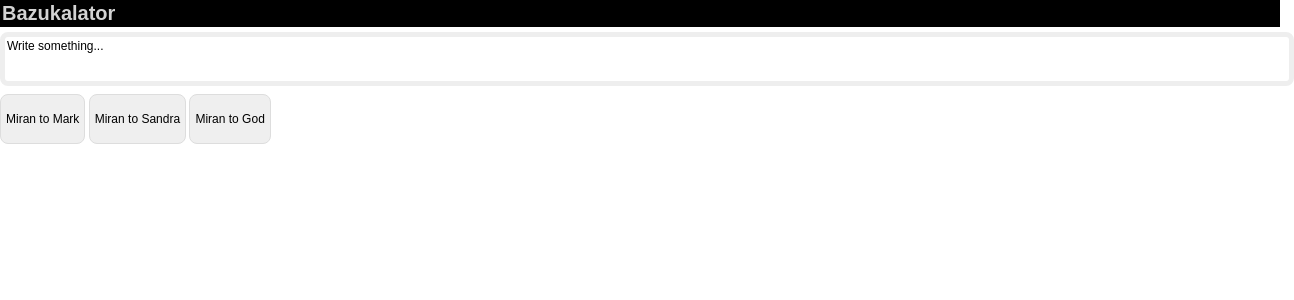
Repository: mbadzak/bazukalator
Page: Bazukalator/assets/www/index.html
An editor plug-in stored every save of this project. The page is shown before and after the next save, followed by the edit.
The browser window is 1280 px wide. The page is 1294 px wide, then 1286 px, then 1294 px, so the pictures cover 1294 px, including what lies to the right of the window. The pictures show the whole page.

Above is the page before, as saved 2012-10-14 06:02:47.

### Bazukalator/assets/www/index.html
<!DOCTYPE HTML>
<html>
<head>
<title>Hello World</title>
<script type="text/javascript" charset="utf-8" src="cordova-2.1.0.js"></script>
<script type="text/javascript" src="jquery.min.js"></script>
<script type="text/javascript" src="jquery.autosize-min.js"></script>
<script type="text/javascript" src="utl.js"></script>

<link type="text/css" href="style.css" rel="stylesheet">
<style>
.lang_button {
  height: 50px;
  padding: 5px;
}
.post_box {
  padding: 5px;
  position: relative;
  top: 1px;
}
body {
  background-image: none;
}
.this_page {
  text-align: left;
  background-size: 100%;
  background-attachment: fixed;
  background-repeat: repeat-x;
}
</style>

</head>
<body>


<script type="text/javascript">
    var orig_text = "";
</script>
<div class="this_page">
  <div class="generic_heading" style="color: lightgray; background: black; padding: 2px;">
    Bazukalator
  </div>
  <div style="margin-top: 5px; text-align: left;">
    <textarea name="msg"
              id="msg"
              onFocus="utl_clear_text_field(this, 'Write something...');"

              style="width: 100%; height: 40px; border: 5px solid #eeeeee; z-index: 1;"
              autocomplete="off">Write something...</textarea>
  </div>
  <div style="margin-top: 5px;">
    <input type="button"
           id="btn_submit1"
           class="lang_button"
           value="Miran to Mark">
    <input type="button"
           id="btn_submit2"
           class="lang_button"
           value="Miran to Sandra">
    <input type="button"
           id="btn_submit3"
           class="lang_button"
           value="Miran to God">
  </div>

  <div id="post" style="margin: 20px 0px 0px 5px; text-align: left; display: none; ">
    <div style="float: left; clear: both; width: 50%; font-size: 11px;">
      <input type="radio"
           id="post_facebook"
           class="post_box"
           checked="checked"
           value="Post to Facebook">
           <img class="button_img img_norad" src="img/fb-icon.png" width="15" height="15">
           Facebook
    </div>
    <div style="float: left; width: 50%; font-size: 11px;">
      <input type="radio"
           id="post_twitter"
           class="post_box"
           checked="checked"
           value="Post to Facebook">
           <img class="button_img img_norad" src="img/twitter-icon.png" width="15" height="15">
           Twitter
    </div>
  </div>
  <div id="post2" style="display: none; margin-top: 55px; margin-left: 0px;">
      <input type="button" value="Post" style="padding: 5px;">
  </div>
</div>
<script type="text/javascript">
    $("#btn_submit1").click(function() { submit(1); });
    $("#btn_submit2").click(function() { submit(2); });
    $("#btn_submit3").click(function() { submit(3); });

    function submit(lang) {
        if (orig_text == "")
            orig_text = $("#msg").val();

        var req = orig_text;
        if (req == "")
            return;

        $.post("http://localhost:8080/index.php/translator/svc",
              { req: req, lang: lang },
              function(data) {
             	$("#msg").val(data);
                $("#post").css("display", "block");
                $("#post2").css("display", "block");
              }
        );
    }

    function reset()
    {
    	$('#msg').val('');
        orig_text = "";
        $("#post").css("display", "none");
        $("#post2").css("display", "none");
    }

</script>

</body>
</html>

### Bazukalator/assets/www/jquery.autosize-min.js
// Autosize 1.7 - jQuery plugin for textareas
// (c) 2011 Jack Moore - jacklmoore.com
// license: www.opensource.org/licenses/mit-license.php
(function(a,b){var c="hidden",d='<textarea style="position:absolute; top:-9999px; left:-9999px; right:auto; bottom:auto; box-sizing:content-box; word-wrap:break-word; height:0 !important; min-height:0 !important; overflow:hidden">',e=["fontFamily","fontSize","fontWeight","fontStyle","letterSpacing","textTransform","wordSpacing"],f="oninput",g="onpropertychange",h=a(d)[0];h.setAttribute(f,"return"),a.isFunction(h[f])||g in h?a.fn.autosize=function(b){return this.each(function(){function p(){var a,b;m||(m=!0,j.value=h.value,j.style.overflowY=h.style.overflowY,j.style.width=i.css("width"),j.scrollTop=0,j.scrollTop=9e4,a=j.scrollTop,b=c,a>l?(a=l,b="scroll"):a<k&&(a=k),h.style.overflowY=b,h.style.height=h.style.minHeight=h.style.maxHeight=a+o+"px",setTimeout(function(){m=!1},1))}var h=this,i=a(h).css({overflow:c,overflowY:c,wordWrap:"break-word"}),j=a(d).addClass(b||"autosizejs")[0],k=i.height(),l=parseInt(i.css("maxHeight"),10),m,n=e.length,o=i.css("box-sizing")==="border-box"?i.outerHeight()-i.height():0;l=l&&l>0?l:9e4;while(n--)j.style[e[n]]=i.css(e[n]);a("body").append(j),g in h?f in h?h[f]=h.onkeyup=p:h[g]=p:h[f]=p,a(window).resize(p),i.bind("autosize",p),p()})}:a.fn.autosize=function(){return this}})(jQuery);

### Bazukalator/assets/www/utl.js
String.prototype.trim = function() {
    return this.replace(/^\s+|\s+$/g, "");
};
String.prototype.trim_newline = function() {
	return this.replace(/(\r\n|\n|\r)/gm,"");
};

/*
 * utl_clear_text_field
 * IN	field	field to clear
 */
function utl_clear_text_field(field, init_value) {
	if (field.value.toString() == init_value.toString())
		field.value = "";
	field.style.color = "#000000";
	field.style.background = "#FFFFFF";
}

function utl_clear_text_field_id(id, init_value)
{
	var field = document.getElementById(id);
	return utl_clear_text_field(field, init_value);
}

function utl_clear_password_field(disp_p, real_p) {
	var dp = document.getElementById(disp_p);
	var rp = document.getElementById(real_p);
	dp.style.display = "none";
	rp.style.display = "inline";

	rp.focus();
}

function utl_reset_password_field(disp_p, real_p) {
	var dp = document.getElementById(disp_p);
	var rp = document.getElementById(real_p);
	if (rp.value == "") {
		dp.style.display = "inline";
		rp.style.display = "none";
		dp.value = "Password";
	}
}

function utl_reset_text_field(field, value) {
	if (field.value == "") {
		field.value = value;
		field.style.color = "#999999";
	}
}

function utl_focus(id)
{
	var elem = document.getElementById(id);
	elem.focus();
}

function utl_is_int(a)
{
	return parseInt(a, 10) === a;
}
function utl_handle_enter(field, event)
{
	if (event.keyCode == 13) {
		$(field).closest('form').submit();
		return false;
	}
	return true;
}

/**
 * @deprecated use jquery plugin instead
 * @param field
 * @param event
 * @param max_per_line
 */
function utl_expand_texarea_as_you_go(field, event, max_per_line)
{
	var chars = field.value.length;
	var rows = chars / max_per_line;
	var newline_count;
	var total_size = 18;
	var modified = false;

	if (chars == 0) return;

	newline_count = (field.value.split('\n')).length - 1;

	if (utl_is_int(rows))
	{
		total_size += (rows * 12);
		modified = true;
	}

	if (newline_count > 0) {
		total_size += (newline_count * 16);
		modified = true;
	}

	if (modified)
		field.style.height = total_size + "px";
}

/*
 * utl_toggle_visibility
 * IN	field	field to clear
 */
function utl_toggle_visibility(field) {
	var fl = document.getElementById(field);
	fl.style.display = (fl.style.display == "block") ? "none" : "block";
}

/*
 * utl_toggle_visibility
 * IN	field	field to show
 */
function utl_show_field(field) {
	var fl = document.getElementById(field);
	if (fl == null)
		return;
	fl.style.display = "block";
}

function utl_hide_field(field) {
	var fl = document.getElementById(field);
	if (fl == null)
		return;
	fl.style.display = "none";
}

function utl_show_obj(obj)
{
	obj.style.display = "block";
}
function utl_hide_obj(obj)
{
	obj.style.display = "none";
}


function generate_uuid()
{
	/* credit: http://stackoverflow.com/questions/105034/how-to-create-a-guid-uuid-in-javascript */
	var uuid = 'xxxxxxxx-xxxx-4xxx-yxxx-xxxxxxxxxxxx'.replace(/[xy]/g, function(c) {
	    var r = Math.random()*16|0, v = c == 'x' ? r : (r&0x3|0x8);
	    return v.toString(16);
	});

	return uuid;
}

### Bazukalator/assets/www/style.css
* {
	font-family: Arial, Geneva, Helvetica, sans-serif;
	font-size: 12px;
	outline-width: 0px;
}
body {
 	margin: 0px;
 	text-align: center;
}
textarea {
	resize: none;
}
textarea, select,
input {
	border: 1px solid #DDD;
	-moz-border-radius: 8px;
  	-webkit-border-radius: 8px;
  	border-radius: 8px;
  	behavior: url(../../../pie/PIE.php);
}
select {
	border: 1px solid #DDD;
}

.browse_image_button,
.generic_button,
.generic_button_cancel,
.loginbutton {
	font-size: 12px;
	background-color: #22370B;
	color: #FFFFFF;
	text-decoration: none;
	padding: 4px 6px 4px 6px;
	border: 0px none;
	font-weight: bold;
	width: auto;
	overflow: visible;
	margin: 0px 0px 0px 0px;
	cursor: default;

	-moz-border-radius: 8px;
  	-webkit-border-radius: 8px;
  	border-radius: 8px;
  	behavior: url(../../../pie/PIE.php);

  	cursor: pointer;
}
.generic_button:hover {
	background-color: #6EA000;
}
.generic_button_cancel:hover {
	background-color: #ffffff;
}
<!--[if IE]>
<style>
.browse_image_button,
.generic_button,
.generic_button_cancel,
.loginbutton {
    width: 0px;
}
</style>
<![endif]-->

.loginbutton {
	width: 30px;
	padding: 0px;
}
.generic_button_cancel {
	color: #000000;
	background-color: #EFF5ED;
}
.browse_image_button {
	background-color: transparent;
	color: #000000;
	border: thin solid #20862F;
	height: 20px;
}

.generic_box,
.generic_box_blank,
.stallboxpost,
.stallboxpostreply,
.searchbox,
.loginbox,
.loginbox_selected {
	font-size: 12px;
	border: 1px solid #DDD;
	padding: 4px;
	margin: 0px;
	color: #999999;
}
.generic_box_blank {
	color: #000000;
}
.loginbox_selected {
	color: #000000;
}
.searchbox {
	border: 0px none;
	width: 135px;
}

.line {
	border-top-width: 1px;
	border-top-style: solid;
	border-top-color: #20862F;
}
.footer {
	clear: both;
	color: white;
	font-size: 12px;
}

.change_picture_link,
.more_teams_link,
.more_games_link,
.vertical_menu_link {
	text-decoration: none;
	border: 0px none;
	font-weight: bold;
	cursor: pointer;
}
.menu_link {
	cursor: pointer;
	padding: 10px;
	bottom: +10px;
	position: relative;
	font-weight: bold;
}
.more_games_link,
.more_teams_link {
	color: #1B7027;
}
.more_games_link {
	margin-bottom: 20px;
}
.vertical_menu_link {
	width: 150px;
	float: left;
}
.change_picture_link {
	font-size: 10px;
	width: 95px;
}
.field_name {
	font-size: 12px;
	color: #000000;
}
.home_sport_listing {
	font-size: 12px;
	color: #000000;
	font-weight: none;
}
.generic_heading,
.user_heading {
	font-size: 20px;
	font-weight: bold;
}

.generic_subheading,
.item_descriptor,
.team_subheading,
.user_subheading {
	font-size: 12px;
	font-weight: bold;
	color: #777777;
}
.user_subheading {
	font-size: 14px;
}
.menu_item_img {
	position:relative;
	bottom:-3px;
	left: -2px;

}
.menu_item {
	padding-left: 10px;
	padding-right: 10px;
	padding-top: 4px;
	padding-bottom: 4px;
	float: left;
	-moz-border-radius: 8px;
	-webkit-border-radius: 8px;
	border-radius: 8px;
	behavior: url(../../../pie/PIE.php);
}
.button_img {
	position:relative;
	bottom:-2px;
	left: -0px;
}
h3,
h1 {
	font-size: 18px;
	font-weight: bold;
}
h3 {
	color: #CCCCCC;
}
h2 {
	font-size: 12px;
}
.small_instructions {
	font-size: 10px;
	color: gray;
}

.team_standings_entry_small {
	font-size: 10px;
	color: #777777;
	font-weight: normal;
}
.stall {
	border-top-width: 0;
	/* border-right-width: thin; */
	border-top-style: solid;
	/* border-right-style: solid; */
	border-top-color: #CCCCCC;
	border-left-width: 0;
	border-left-style: solid;
	border-left-color: #CCCCCC;
}
.league_stats {
	border-top-width: 0px;
	/* border-right-width: thin; */
	border-top-style: solid;
	/* border-right-style: solid; */
	border-top-color: #CCCCCC;
	/* border-right-color: #CCCCCC; */
}
.team_standings_heading,
.team_standings_entry {
	font-size: 12px;
	text-align: center;
}
.team_standings_heading {
	font-weight: bold;
	float: left;
	width:40px;
	height:30px;
}

/*
 * Team and league display headings
 */
.team_upcoming_heading,
.team_results_heading {
	font-weight: bold;
	width: 420px;
	height: 20px;
	clear: both;
	margin-bottom: 5px;
	font-size: 14px;
	text-align: center;
}

.team_results_entry,
.team_upcoming_entry {
	font-size: 12px;
	width: 181px;
	float: left;
}

.team_upcoming_vs {
	font-weight: bold;
	font-size: 18px;
	width: 58px;
	float: left;
	position: relative;
	bottom: +5px;
}
.team_results_score {
	font-weight: bold;
	font-size: 18px;
	width: 25px;
	position: relative;
	bottom: +4px;
}

.team_standings_rank {
	font-weight: bold;
	font-size: 18px;
	clear: both;
	float: left;
	width: 30px;
	height: 30px;
	position: relative;
	bottom: +3px;
}

.team_standings_rank_small {
	font-weight: bold;
	font-size: 10px;
	bottom: 0px;
	clear: both;
	float: left;
	width: 30px;
	height: 30px;
	position: relative;
	top: 2px;
	color: gray;
}

.team_results_info,
.team_upcoming_info_att,
.team_upcoming_info {
	font-size: 10px;
	width: 420px;
}
.team_upcoming_info_att {
	margin: 0px auto;
	clear: both;
	margin-top: 5px;
	text-align: center;
}

/* **************************** */

.stallboxpost,
.stallboxpost_selected {
	border: 0px solid #DDDDDD;
	color: #666666;
	width: 473px;
    height: 15px;
    background: #EFF5ED;
}
.stallboxpost_selected {
	border: 4px solid #EFF5ED;
	width: 407px;
	font-size: 12px;

	-moz-border-radius: 8px;
	-webkit-border-radius: 8px;
	border-radius: 8px;
	behavior: url(../../../pie/PIE.php);

    background: #EFF5ED !important;

    overflow: hidden;
}
.stallboxpostreply,
.stallboxpostreply_selected {
	border: 0px;
	width: 100px;
	height: 15px;
	background: transparent;
	font-size: 11px;
	margin-left: 310px;
}
.stallboxpostreply_selected {
	width: 372px;
	border: 4px solid #EFF5ED;
	margin-left: 0px;
	-moz-border-radius: 8px;
	-webkit-border-radius: 8px;
	border-radius: 8px;
	behavior: url(../../../pie/PIE.php);

	background: #EFF5ED !important;

	overflow: hidden;

	margin-bottom: 10px;
}
#stallboxpost_thumb {
	width: 60px;
	float: left;
	display: none;
}

.stallpostreply,
.stallpost {
	background-color: #EFF5ED;
	text-align: left;

	-moz-border-radius: 8px;
	-webkit-border-radius: 8px;
	border-radius: 8px;
	behavior: url(../../../pie/PIE.php);
}
.stallpostreply_entry_hidden,
.stallpostreply_entry {
	clear: both;
	padding-top: 3px;
	padding-left: 60px;
}
.stallpostreply_entry_hidden {
	display: none;
}
.stallpostreply_entry_show {
	clear: both;
	padding: 2px;
	margin: 0px 0px 8px 60px;
	-moz-border-radius: 8px;
	-webkit-border-radius: 8px;
	border-radius: 8px;
	behavior: url(../../../pie/PIE.php);
	background: #EFF5ED;
	text-align: center;
	font-size: 10px;
	font-weight: bold;
	width: 150px;
	cursor: pointer;
	color: #1B7027;
}
.stallpostreply_entry_reply {
	clear: both;
	padding: 2px;
	margin: 0px 0px 8px 60px;
	-moz-border-radius: 8px;
	-webkit-border-radius: 8px;
	border-radius: 8px;
	behavior: url(../../../pie/PIE.php);
	background: #EFF5ED;
	text-align: center;
	font-size: 10px;
	font-weight: bold;
	width: 100px;
	cursor: pointer;
	color: #1B7027;
}

.miran {
	background: #EFF5ED !important;
	text-align: left;
	height: 25px;
	float: left;
	clear: both;
	margin-bottom: 10px;
	padding-top: 10px;

	-moz-border-radius: 8px;
	-webkit-border-radius: 8px;
	border-radius: 8px !important;
	behavior: url(../../pie/PIE.php) !important;
}
.stallpostreply {
	float: left;
	padding: 1px 8px 1px 8px;
	width: 356px;
	border-top-width: 0px;
	background: none;
}
.stallpost {
	float: left;
	padding: 3px 12px 3px 12px;
	width: 396px;
	margin-bottom: 5px;
}

.stallpost_delete {
	bottom: 0px;
	color: #FFFFFF !important;
	background: #22370B;
	padding: 0px 2px 0px 2px;
	margin-left: 8px;
	position: relative;
	left: 12px;
	-moz-border-radius: 8px;
	-webkit-border-radius: 8px;
	border-radius: 8px !important;
	behavior: url(../../pie/PIE.php) !important;
}

.stall_message_body_reply,
.stall_message_body {
	font-size: 11px;
	padding-top: 5px;
	padding-bottom: 5px;
	padding-right: 5px;
	width: 400px;
	overflow: hidden;
}
.stall_message_body_reply {
	width: 380px;
	padding-top: 0px;
}
.stall_message_descriptor_main,
.stall_message_descriptor {
	font-size: 10px;
	color: #777777;
	margin-bottom: 4px;
}
.stall_message_descriptor_main {
	float: left;
	position: relative;
	margin-right: 10px;
	top: +2px;
}
#stall_write_first {
	float: left;
	clear: both;
	position: relative;
	bottom: +4px;
}

.tab_first,
.tab_first_inactive {
	float: left;
	font-size: 13px;
	font-weight: bold;
	color: #FFFFFF;
	background-color: #385C12;
	padding-left: 14px;
	padding-right: 14px;
	padding-top: 4px;
	padding-bottom: 4px;
	margin-left: 8px;
	margin-right: 8px;
	text-align: center;
	vertical-align: middle;
	cursor: pointer;
	-moz-border-radius: 8px;
  	-webkit-border-radius: 8px;
  	border-radius: 8px;
  	behavior: url(../../../pie/PIE.php);
}
.tab_first_inactive {
	background-color: #EFF5ED;
	color: #000000;
}
.tab_menus {
	float: left;
	clear: both;
	padding-top: 5px;
}

.link,
a {
	font-weight: bold;
	color: #1B7027;
	text-decoration: none;
}

.name_link {
	color: #FFFFFF;
	text-decoration: none;
}
.off_link {
	color: #FFFFFF;
	text-decoration: none;
}

.error_text {
	color: #F33C21;
	font-weight: bold;
}

#error {
	color: #F33C21;
	font-weight: bold;
	padding: 10px;
	display: none;
}
#error_check {
	text-align: left;
	padding: 10px;
	background: #fff;
}
.notification,
#notification {
	color: #000000;
	margin: 0px auto;
    text-align: center;
    background: #FFFFB2;
    padding: 10px;
	-moz-border-radius: 8px;
  	-webkit-border-radius: 8px;
  	border-radius: 8px;
  	behavior: url(../../../pie/PIE.php);
}
#info {
	color: #000000;
}
form {
	margin: 0px;
	border: 0px;
}
.footer_text{
	color: #ffffff;
	font-size: 10px;
}
textarea {
	overflow: auto;
}

img {
	border-style: none;
	-moz-border-radius: 8px;
  	-webkit-border-radius: 8px;
  	border-radius: 8px;
  	behavior: url(../../../pie/PIE.php);
}
.img_norad {
	-moz-border-radius: 0px;
  	-webkit-border-radius: 0px;
  	border-radius: 0px;
  	behavior: url(../../../pie/PIE.php);
}

#main_container {
	clear: both;
	width: 960px;
	margin: auto;
}

#forgot_password {
	margin-top: 5px;
}


/************ manage forms ************/
.pref_page {
	margin: 0 auto;
	text-align: left;
	width: 960px;
}
.pref_left {
	width: 220px;
	clear: both;
	float: left;
	height: 50px;
	padding-right: 30px;
	text-align: right;
}
.pref_right {
	width: 679px;
	float: left;
	border-left-color: #DDDDDD;
	border-left-style: solid;
	border-left-width: 1px;
	padding: 5px 0px 0px 30px;
	text-align: left !important;
}
.pref_left_heading {
	float: right;
	clear: both;
	font-size: 18px;
	font-weight: bold;
	text-align: left !important;
}
.pref_left_subheading {
	float: right;
	clear: both;
	font-size: 16px;
	margin-top: 25px !important;
	text-align: left !important;
}
#pref_manage_heading {
	margin-bottom: 25px;
	float: left;
	clear: both;
	width: 177px;
	font-size: 14px;
	font-weight: bold;
	text-align: left;
	cursor: pointer;
}
#pref_manage_subheading {
	margin-bottom: 25px;
	float: left;
	color: gray;
	width: 380px;
	font-size: 10px;
	text-align: left;
	cursor: pointer;
	position: relative;
	top: +2px;
}
#pref_manage_entry {
	float: left;
	clear: both;
	width: 679px;
	text-align: left;
}
#pref_manage_entry_img {
	float: left;
	width: 25px;
	text-align: left;
}
#pref_manage_entry_label {
	float: left;
	font-size: 12px;
	width: 150px;
	position: relative;
	top: +3px;
	text-align: left;
}
#pref_manage_entry_content {
	float: left;
	width: 500px;
	text-align: left;
}
#pref_manage_buttons {
	float: left;
	clear: both;
	width: 520px;
	padding-left: 178px;
	margin-top: 15px;
	margin-bottom: 20px;
    text-align: left;
}
#pref_manage_buttons_left {
	float: left;
	clear: both;
}
#pref_group1,
#pref_group2,
#pref_group3,
#pref_group4
{
	display: none;
}
#pref_group_visible
{
	display: block;
}

.pref_error {
	width: 580px;
	border-left-width: 1px;
	border-left-style: solid;
	border-left_color: red;
}

.shadow {
  -moz-box-shadow:    10px 10px 10px 0px #eee;
  -webkit-box-shadow: 10px 10px 10px 0px #eee;
  box-shadow:         10px 10px 10px 0px #eee;
}
.new_left {
	float: left;
	clear: both;
}

/* Search */
.search_page {
	width: 960px;
	min-height: 400px;
	margin: 0 auto;
	text-align: center;
}
.search_column {
	width: 250px;
	float: left;
	margin-right: 40px !important;
}
.search_column_header {
	width: 250px;
	font-size: 16px;
	font-weight: bold;
	margin-bottom: 15px;
	text-align: left;
}
.search_column_entry {
	width: 250px;
	float: left;
	clear: both;
	height: 40px;
}
.search_column_entry_img {
	width: 40px;
	float: left;
	clear: both;
	padding-right: 5px;
}
.search_column_entry_text {
	width: 205px;
	float: left;
	text-align: left;
	position: relative;
	top: +6px;
}

/* join boxes */
.join_box {
	width: 240px;
	float: right;
	background: #EFF5ED;
	padding: 20px;
	margin-top: 10px;
	-moz-border-radius: 8px;
	-webkit-border-radius: 8px;
	border-radius: 8px;
	behavior: url(../../../pie/PIE.php);
}
.join_header {
	margin: 0px both;
	clear: both;
	text-align: left;
	font-weight: bold;
	font-size: 16px;
	margin-bottom: 15px;
}
.join_entry {
	float: left;
	clear: both;
	height: 30px;
	text-align: left;
}
.join_text {
	float: left;
	clear: both;
	width: 90px;
	position: relative;
	top: +5px;
	text-align: right;
	padding-right: 10px;
}
.join_input {
	float: left;
	width: 210px;
	text-align: left;
}

/* promo */
.promo_container {
	float: left;
	text-align: center;
	margin: 0px auto;
	padding: 10px;
	background: #6ea000;
	-moz-border-radius: 8px;
	-webkit-border-radius: 8px;
	border-radius: 8px;
	behavior: url(../../../pie/PIE.php);
	width: 150px;
	margin-top: 10px;
}
.promo_header {
	float: left;
	clear: both;
	padding: 8px;
 	width: 245px;
	font-size: 16px;
	margin: 50px 20px 8px 0px;
	text-align: left;
	background: #385C12;
	-moz-border-radius: 8px;
	-webkit-border-radius: 8px;
	border-radius: 8px;
	behavior: url(../../../pie/PIE.php);
	color: #FFFFFF;
}
.promo_header_strong {
	font-size: 16px;
	font-weight: bold;
}
.promo_entries {
	float: left;
	text-align: left;
}
.promo_entry {
	float: left;
	width: 639px;
	background: #EFF5ED;
	padding: 20px;
	margin-top: 40px;
	-moz-border-radius: 8px;
	-webkit-border-radius: 8px;
	border-radius: 8px;
	behavior: url(../../../pie/PIE.php);
}
.promo_entry_line1 {
	float: left;
	font-size: 16px;
	font-weight: bold;
	width: 100%;
	cursor: pointer;
}
.promo_entry_line2 {
	float: left;
	font-size: 15px;
	margin-top: 5px;
	width: 100%;
	display: none;
}
.promo_link {
	font-size: 14px;
}

/** other */
.plain_menu_item {
	float: left;
	clear: both;
	margin-top: 10px;
	padding: 5px;
	background: #EFF5ED;
	-moz-border-radius: 8px;
	-webkit-border-radius: 8px;
	border-radius: 8px;
	behavior: url(../../../pie/PIE.php);
}

.main_tag_line {
	-moz-border-radius: 8px;
  	-webkit-border-radius: 8px;
  	border-radius: 8px;
  	behavior: url(../../../pie/PIE.php);
  	padding: 10px;
  	width: 450px;
  	margin: 0px both;
  	clear: both;
  	text-align: center;
  	font-weight: bold;
  	font-size: 28px;
  	margin-bottom: 20px;
  	margin-top: 10px;
  	color: #ffffff;
  	background: #385c12;
}
.main_sport_name {
	width: 95px;
	padding: 3px;
	cursor: default;
   	-moz-border-radius: 8px;
  	-webkit-border-radius: 8px;
  	border-radius: 8px;
  	behavior: url(../../../pie/PIE.php);
	font-weight: bolder !important;
	font-size: 14px !important;
	position: absolute;
	top: 60px;
    left: 10px;
    color: #ffffff;
}
.main_sport_container {
	float: left;
	width: 120px;
	height: 100px;
	text-align: center;
	margin: 0px auto;
	position: relative;
	margin-top: 15px;
}

.attendance_control_main {
	-moz-border-radius: 8px;
	-webkit-border-radius: 8px;
	border-radius: 8px;
	behavior: url(../../../pie/PIE.php);
	width: 180px;
	background: #EFF5ED;
	text-align: center;
	margin: 0px auto;
	padding: 2px;
}

.popup_body {
	background-color: white;
	background: none !important;
}

.generic_page_thin,
.generic_page {
	-moz-border-radius: 8px;
  	-webkit-border-radius: 8px;
  	border-radius: 8px;
  	behavior: url(../../../pie/PIE.php);
  	background: #FFFFFF;
  	padding: 15px;
  	margin: 0px auto;
  	text-align: center;
}
.generic_page_thin {
	padding: 5px;
}

.connections_number {
	font-size: 20px;
}
.connections_desc {
	font-size: 12px;
	clear: both;
	font-weight: bold;
	color: gray;
}

.tsp_carousel {
	-moz-border-radius: 8px;
  	-webkit-border-radius: 8px;
  	border-radius: 8px;
  	behavior: url(../../../pie/PIE.php);

  	width: 930px;
  	height: 350px;
  	margin: 0px auto;
  	text-align: center;
  	padding: 15px;
}
.tsp_carousel_img {
	margin: 0px auto;
	text-align: center;
}

.hidden {
	display: none;
}

.principal_entry {
	float: left;
	width: 210px;
	height: 40px;
	text-align: left;
}
.principal_entry_img {
	float: left;
	clear: both;
	width: 40px;
	height: 40px;
}
.principal_entry_text {
	float: left;
	height: 40px;
	position: relative;
	top: +6px;
}

Loaded but not shown: Bazukalator/assets/www/cordova-2.1.0.js (library); Bazukalator/assets/www/jquery.min.js (library)

After the next save:
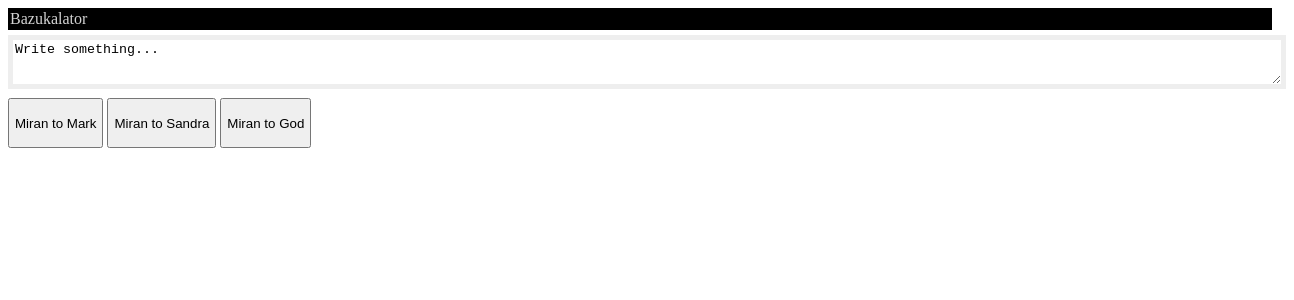
Saved 22 s later.
--- a/Bazukalator/assets/www/index.html
+++ b/Bazukalator/assets/www/index.html
@@ -7,7 +7,6 @@
 <script type="text/javascript" src="jquery.autosize-min.js"></script>
 <script type="text/javascript" src="utl.js"></script>
 
-<link type="text/css" href="style.css" rel="stylesheet">
 <style>
 .lang_button {
   height: 50px;

After the save that followed:
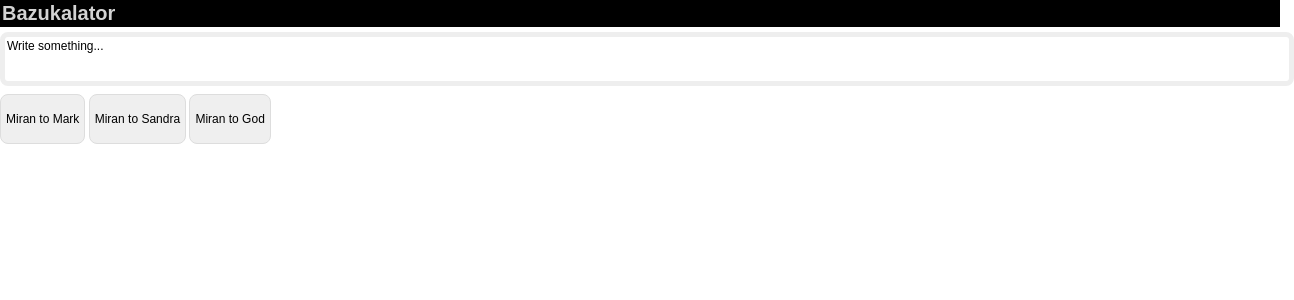
Saved 64 s later.
--- a/Bazukalator/assets/www/index.html
+++ b/Bazukalator/assets/www/index.html
@@ -7,6 +7,7 @@
 <script type="text/javascript" src="jquery.autosize-min.js"></script>
 <script type="text/javascript" src="utl.js"></script>
 
+<link type="text/css" href="style.css" rel="stylesheet">
 <style>
 .lang_button {
   height: 50px;
